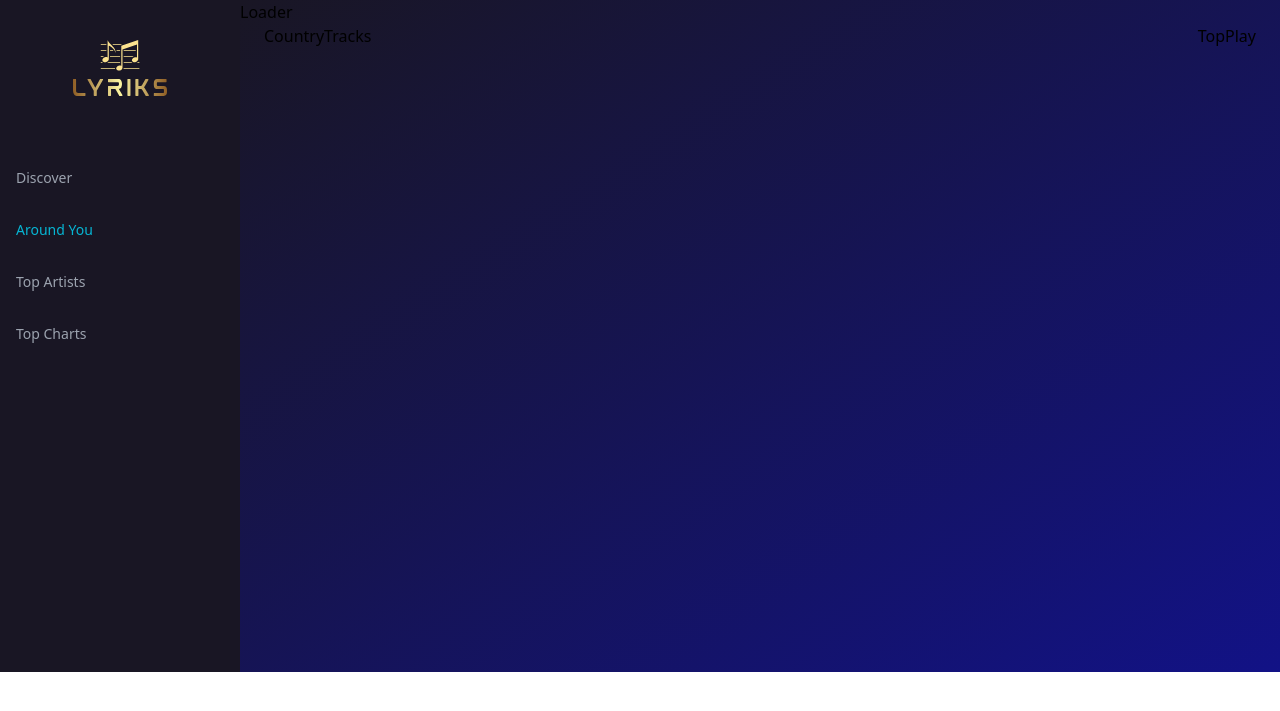
Repository: remydev47/Beats
Page: /around-you
The author's editor kept a copy of each file at every save. The page is drawn from the files as they stood at one save, then again after the next save.
The browser window is 1280 px wide. The pictures show the whole page.
The project was rebuilt for these pictures with package versions that can differ from the ones it lists, and the page was loaded fresh each time. Also part of the build but not shown: vite.config.js, src/components/PlayPause.jsx, src/components/SongCard.jsx, src/components/ArtistCard.jsx, src/components/DetailsHeader.jsx, src/components/SongBar.jsx, src/components/RelatedSongs.jsx, src/components/MusicPlayer/Controls.jsx and 13 more.

Above is the page before, as saved 2022-09-24 16:18:45.

After the next save:
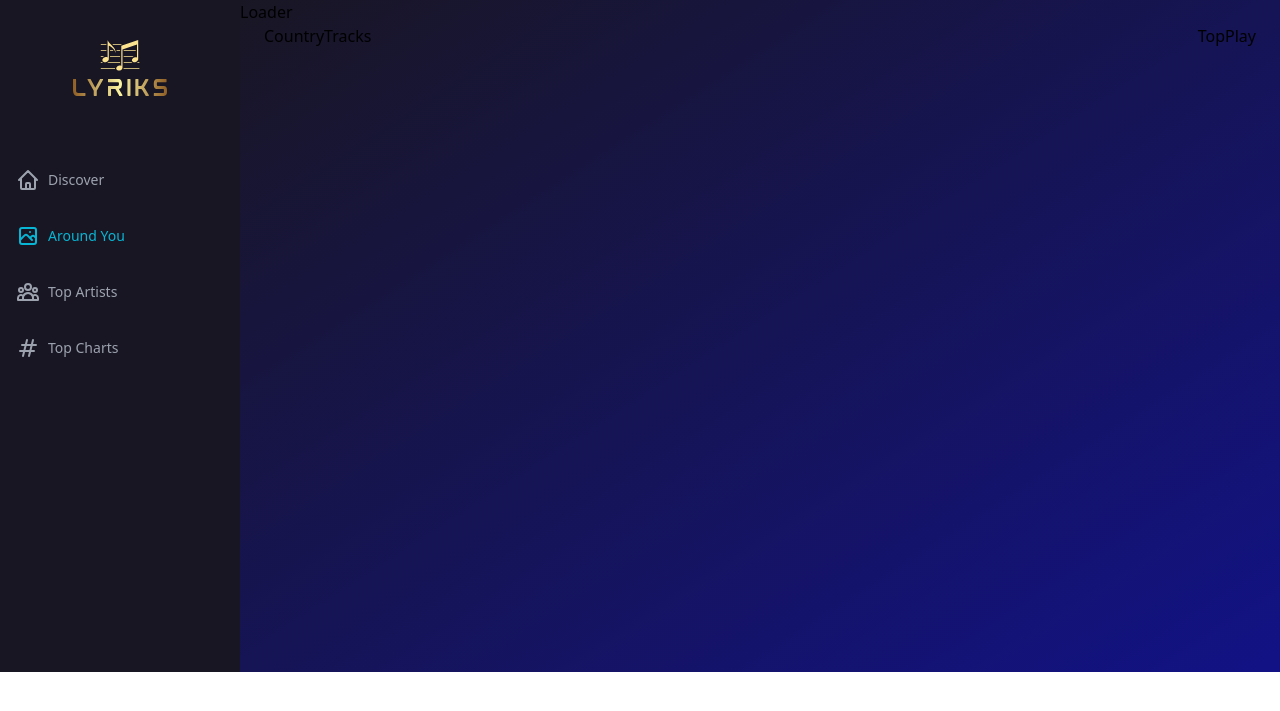
Saved 109 s later.
--- a/src/components/Sidebar.jsx
+++ b/src/components/Sidebar.jsx
@@ -14,6 +14,7 @@ const NavLinks = ({ handleClick }) => (
        className='flex flex-row justify-start items-center my-8 text-sm font-medium text-gray-400 hover:text-cyan-400'
        onClick={() => handleClick && handleClick()}
       >
+        <item.icon className="w-6 h-6 mr-2" />
         {item.name}
       </NavLink>
     ))}
